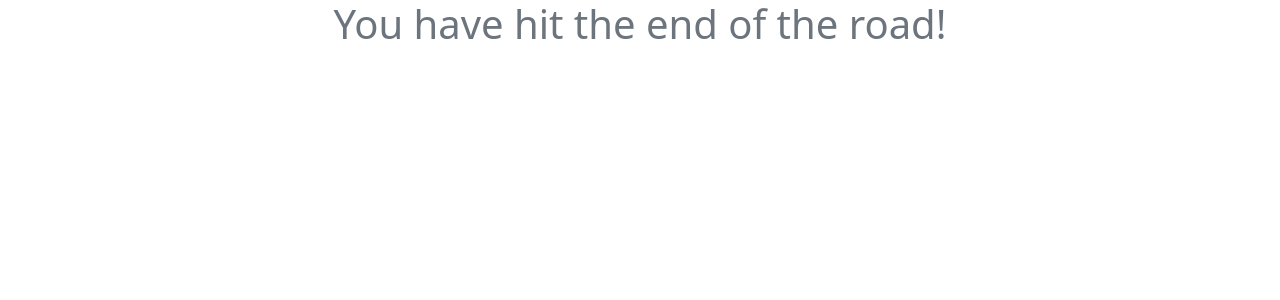
Repository: tHEO2k17/react-clean-code
Page: /
The author's editor kept a copy of each file at every save. The page is drawn from the files as they stood at one save, then again after the next save.
The browser window is 1280 px wide. The pictures show the whole page.
The project was rebuilt for these pictures with package versions that can differ from the ones it lists, and the page was loaded fresh each time. Also part of the build but not shown: src/lib/presentation/layouts/auth.layout.tsx.

Above is the page before, as saved 2022-11-04 15:45:35.

### src/index.tsx
import React from "react";
import ReactDOM from "react-dom/client";
import "./index.scss";
import App from "./App";
import { HashRouter } from "react-router-dom";

const root = ReactDOM.createRoot(
  document.getElementById("root") as HTMLElement
);
root.render(
  <React.StrictMode>
    <HashRouter basename="/">
      <App />
    </HashRouter>
  </React.StrictMode>
);

### src/index.scss
@import url(bootstrap/scss/bootstrap.scss);

### src/App.tsx
import React from "react";
import AppRouting from "./lib/core/routing/app.routing";

function App() {
  return <AppRouting />;
}

export default App;

### src/lib/core/routing/app.routing.tsx
import { Route, Routes } from "react-router-dom";
import AuthLayout from "../../presentation/layouts/auth.layout";

const AppRouting = () => {
  return (
    <Routes>
      {/* Auth Routes */}
      <Route path="auth" element={<AuthLayout />}></Route>

      {/* Main Routes */}

      {/* Not found */}
      <Route
        path="*"
        element={
          <h1 className="text-center text-muted">
            You have hit the end of the road!
          </h1>
        }
      />
    </Routes>
  );
};
export default AppRouting;

### src/lib/presentation/layouts/main.layout.tsx
import { Outlet } from "react-router-dom";

const MainLayout = () => {
  return <h1>Main layout <Outlet/></h1>;
};
export default MainLayout;

Loaded but not shown: public/index.html (common file)

After the next save:
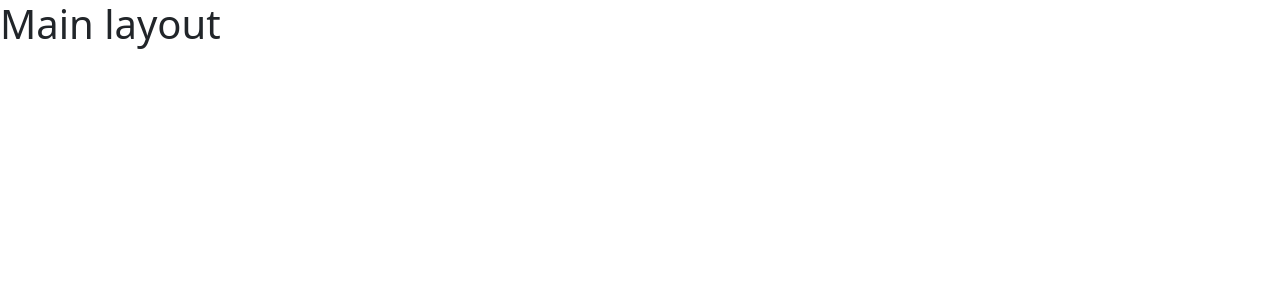
Saved 49 s later.
--- a/src/lib/core/routing/app.routing.tsx
+++ b/src/lib/core/routing/app.routing.tsx
@@ -1,5 +1,6 @@
 import { Route, Routes } from "react-router-dom";
 import AuthLayout from "../../presentation/layouts/auth.layout";
+import MainLayout from "../../presentation/layouts/main.layout";
 
 const AppRouting = () => {
   return (
@@ -8,6 +9,7 @@ const AppRouting = () => {
       <Route path="auth" element={<AuthLayout />}></Route>
 
       {/* Main Routes */}
+      <Route path="/" element={<MainLayout />}></Route>
 
       {/* Not found */}
       <Route
